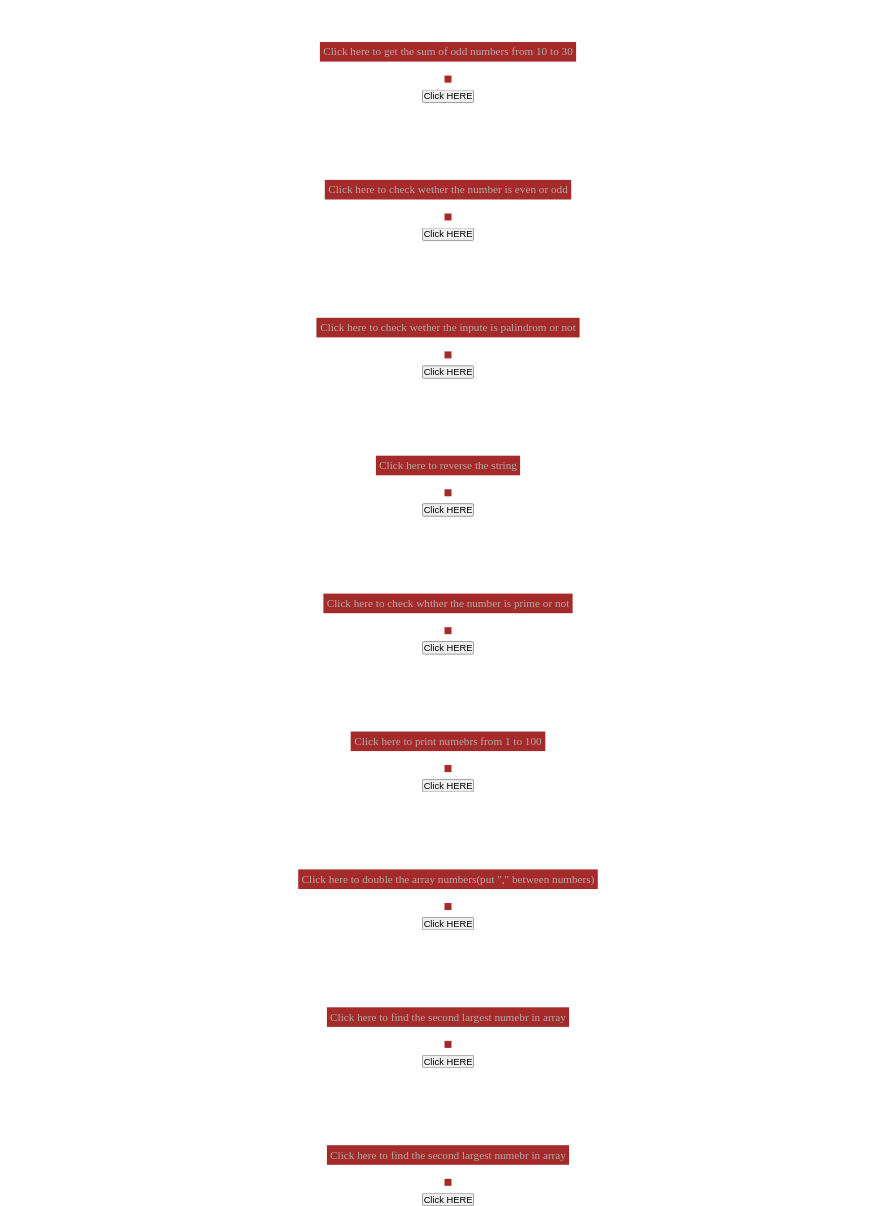
Repository: Aditya0377/Assignments
Page: Assignment/javascript practise/javascript.html
An editor plug-in stored every save of this project. The page is shown before and after the next save, followed by the edit.
The browser window is 1280 px wide. The pictures show the part of the page from y = 1250 to 3170 px (the page is 2973 px tall before and 3170 px after), at 70% of full size.

Above is the page before, as saved 2024-02-20 14:12:02.

After the next save:
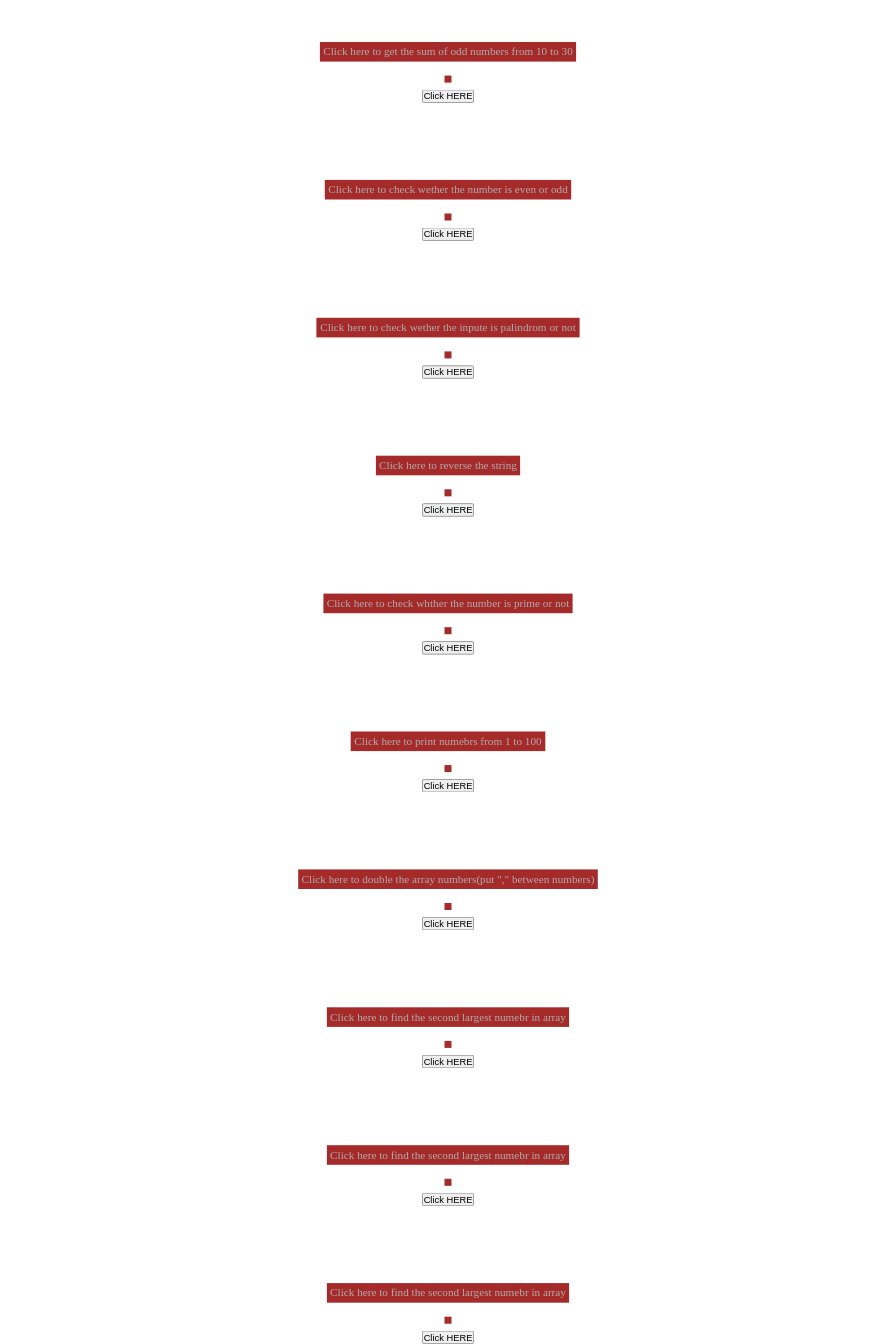
Saved 109 s later.
--- a/Assignment/javascript practise/javascript.html
+++ b/Assignment/javascript practise/javascript.html
@@ -107,6 +107,12 @@
         <p>Click here to find the second largest numebr in array </p>
         <p id="fourteenth"></p>
         <button id="fourteenB" onclick="fourtfunc()">Click HERE</button>
+
+    </div>
+    <div class="cont">
+        <p>Click here to find the second largest numebr in array </p>
+        <p id="fifteenth"></p>
+        <button id="fifteenB" onclick="fiftfunc()">Click HERE</button>
 
     </div>
     <div class="cont">
